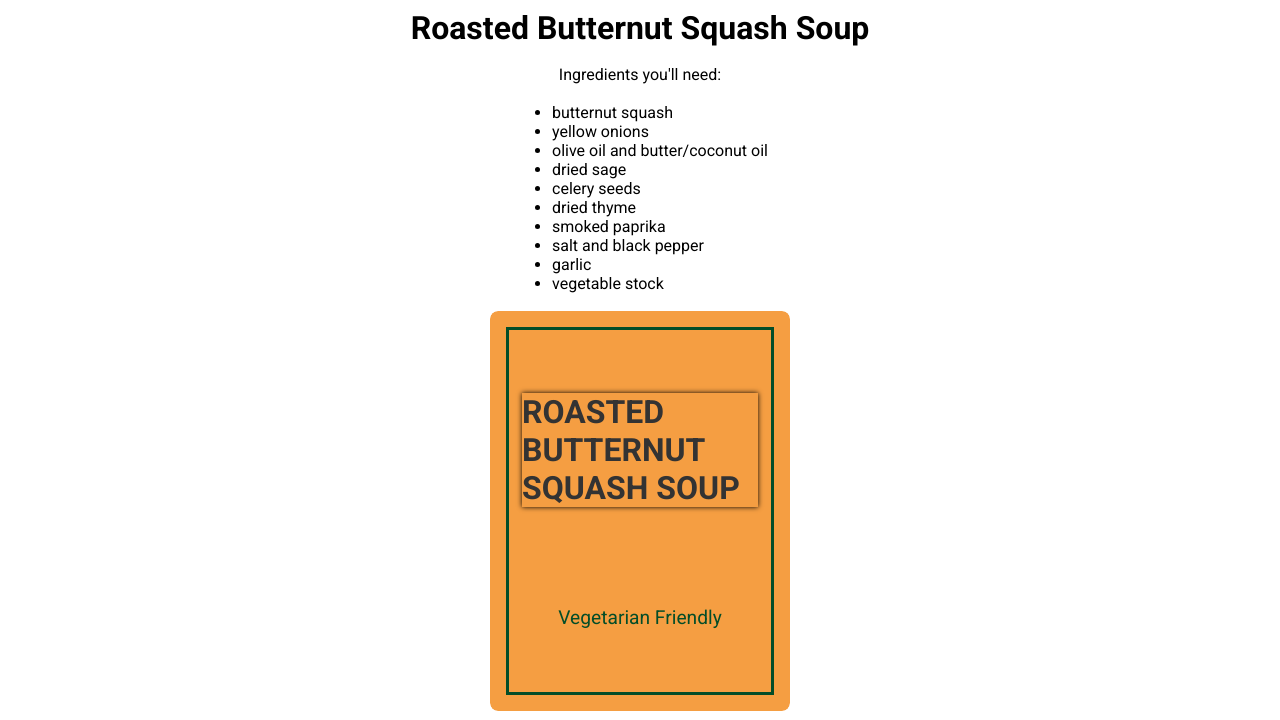
Repository: IDMX225/css-card-flip-LyssaMA
Page: src/index.html
These files come from the project's save history. The page is drawn as it stood at one moment and after the next save; the edit follows.
The browser window is 1280 px wide. The pictures show the whole page.
The style sheet was rebuilt from its Sass, Less or Tailwind sources for each picture, by a compiler version that may differ from the author's.

Above is the page before, as saved 2024-11-12 19:46:05.
Not found: src/js/index.js

After the next save:
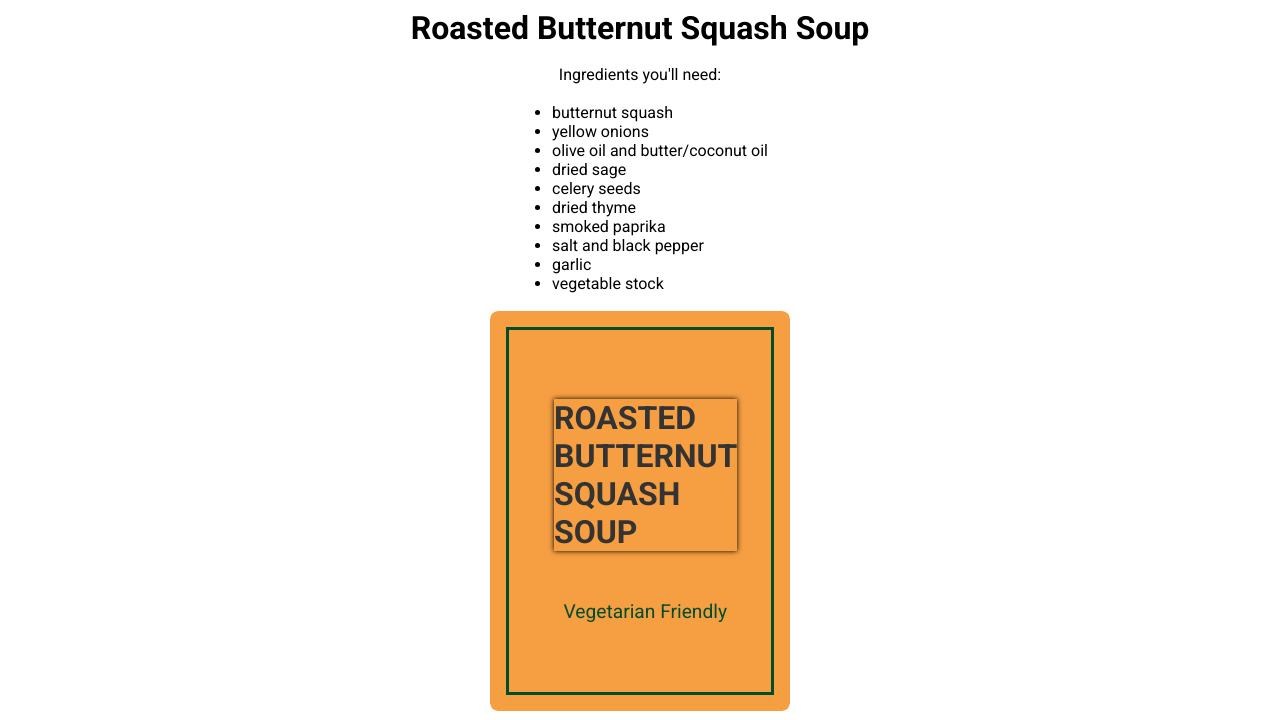
Saved 3 min 26 s later.
--- a/src/sass/main.scss
+++ b/src/sass/main.scss
@@ -5,8 +5,8 @@
   --level-three: translateZ(9rem);
   --fw-normal: 400;
   --fw-bold: 700;
-  --clr: #f59e42;  /* Squash Soup Orange */
-  --clr-dark: #333;
+  --clr: #f59e42;
+  --clr-dark: #331710;
   --font-family: 'Roboto', sans-serif;
 }
 
@@ -61,7 +61,7 @@ body {
 .card__front {
   background-color: var(--clr);
   color: #034d28;
-  padding: 2em;
+  padding: 4em;
 }
 
 .card__front::before {
